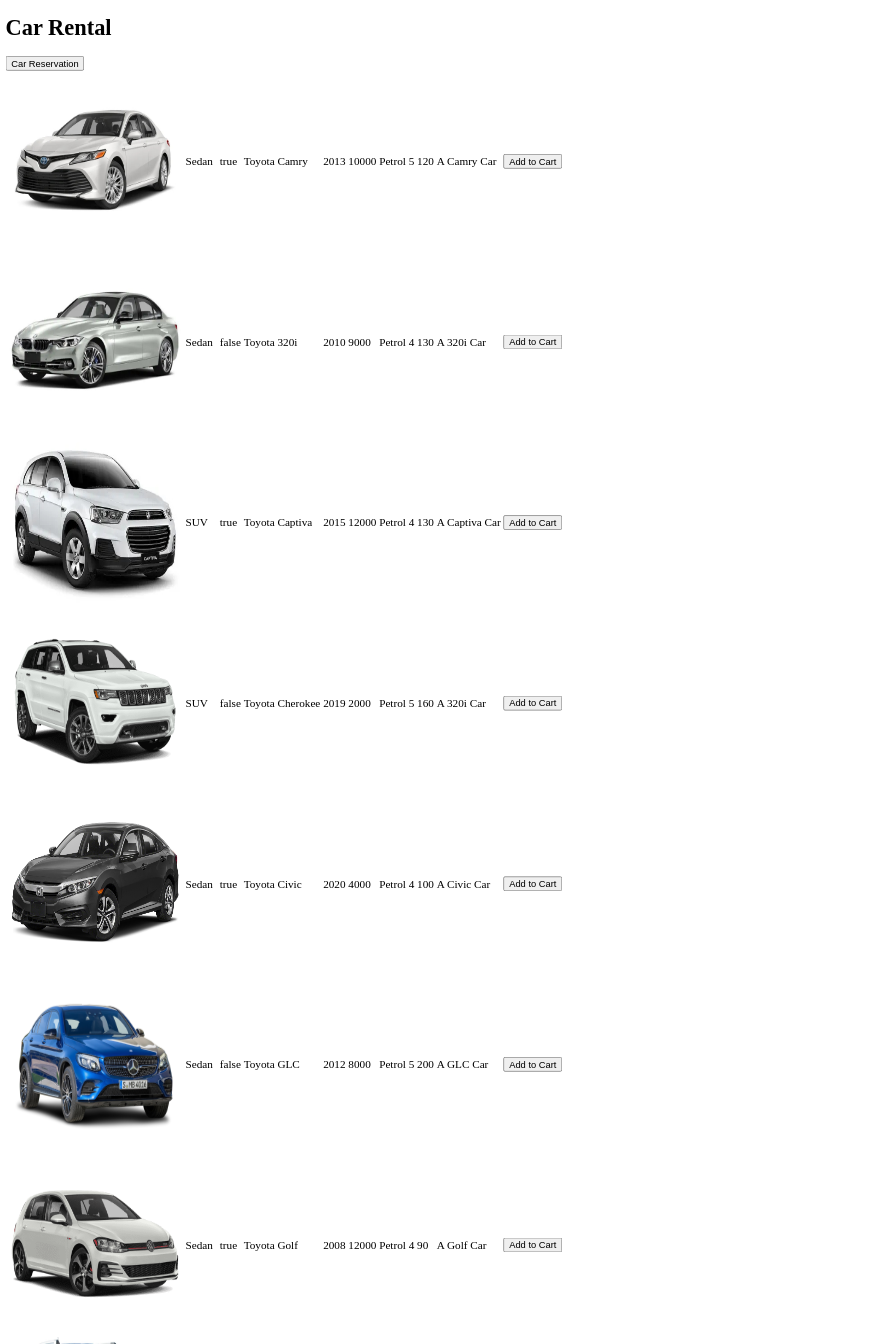
Repository: jackiye776/2021-Programming-On-The-Internet
Page: Assignment_2/index.html
The author's editor kept a record of every edit. The page is drawn from the files as they stood at one moment, then again after the next edit.
The browser window is 1280 px wide. The pictures show the part of the page from y = 0 to 1920 px (the page is 2691 px tall before and 2713 px after), at 70% of full size.

Above is the page before.

After the next edit:
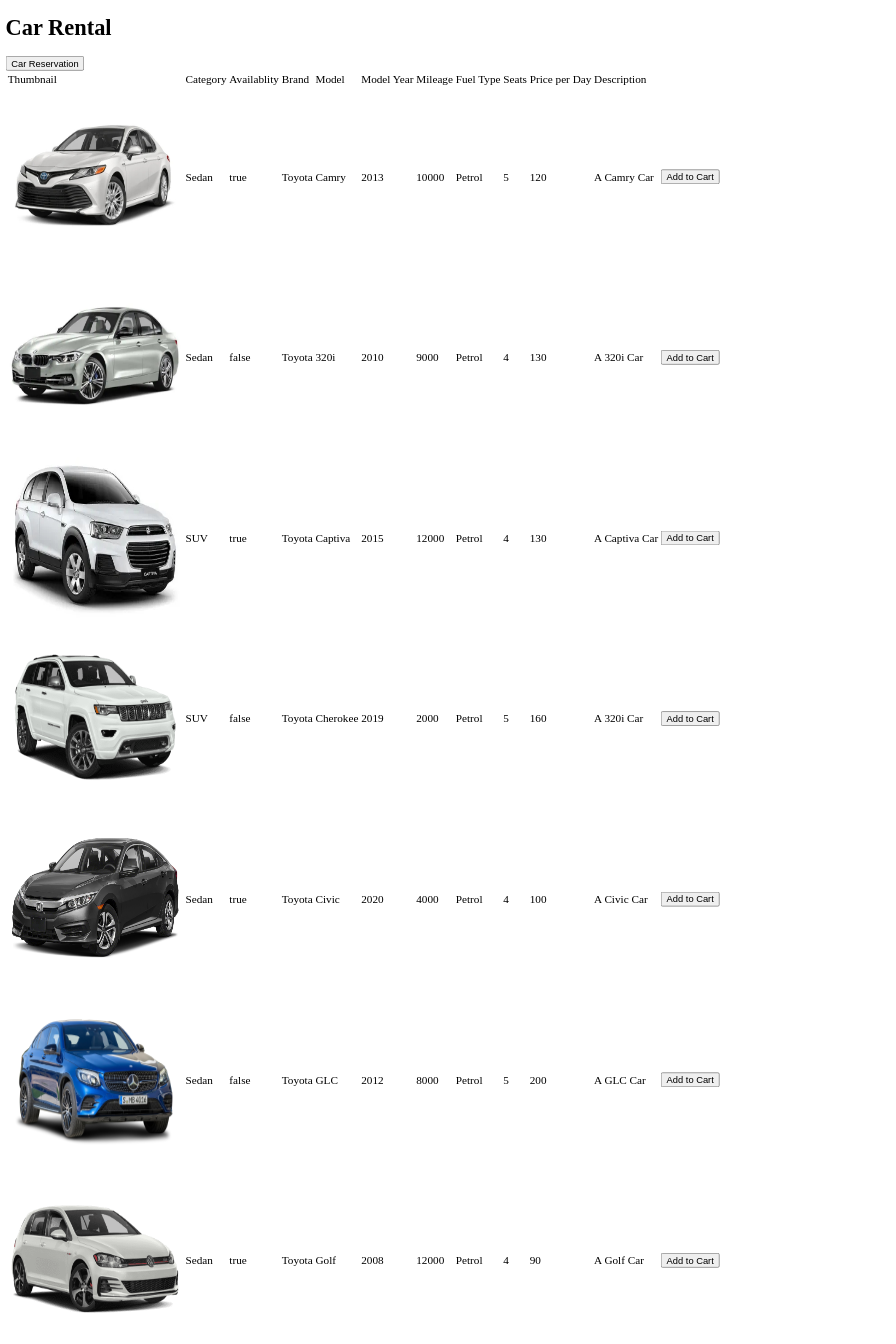
The edit:
--- a/Assignment_2/index.html
+++ b/Assignment_2/index.html
@@ -24,6 +24,19 @@
                     var obj = JSON.parse(this.responseText)
                     console.log(obj);
                     var cars_data = ''; // Store the data into this variable, table format
+                    cars_data += '<tr>';
+                        cars_data += '<td> Thumbnail </td>';
+                        cars_data += '<td> Category </td>';
+                        cars_data += '<td> Availablity </td>';
+                        cars_data += '<td> Brand </td>';
+                        cars_data += '<td> Model </td>';
+                        cars_data += '<td> Model Year </td>';
+                        cars_data += '<td> Mileage </td>';
+                        cars_data += '<td> Fuel Type </td>';
+                        cars_data += '<td> Seats </td>';
+                        cars_data += '<td> Price per Day </td>';
+                        cars_data += '<td> Description </td>';
+                    cars_data += '</tr>';
                     $.each(obj.cars, function(key, value) {
                         cars_data += '<tr>';
                         cars_data += '<td>' + "<img src='/images/" + value.model + ".jpg' style='width:250px; height:250px'>";
